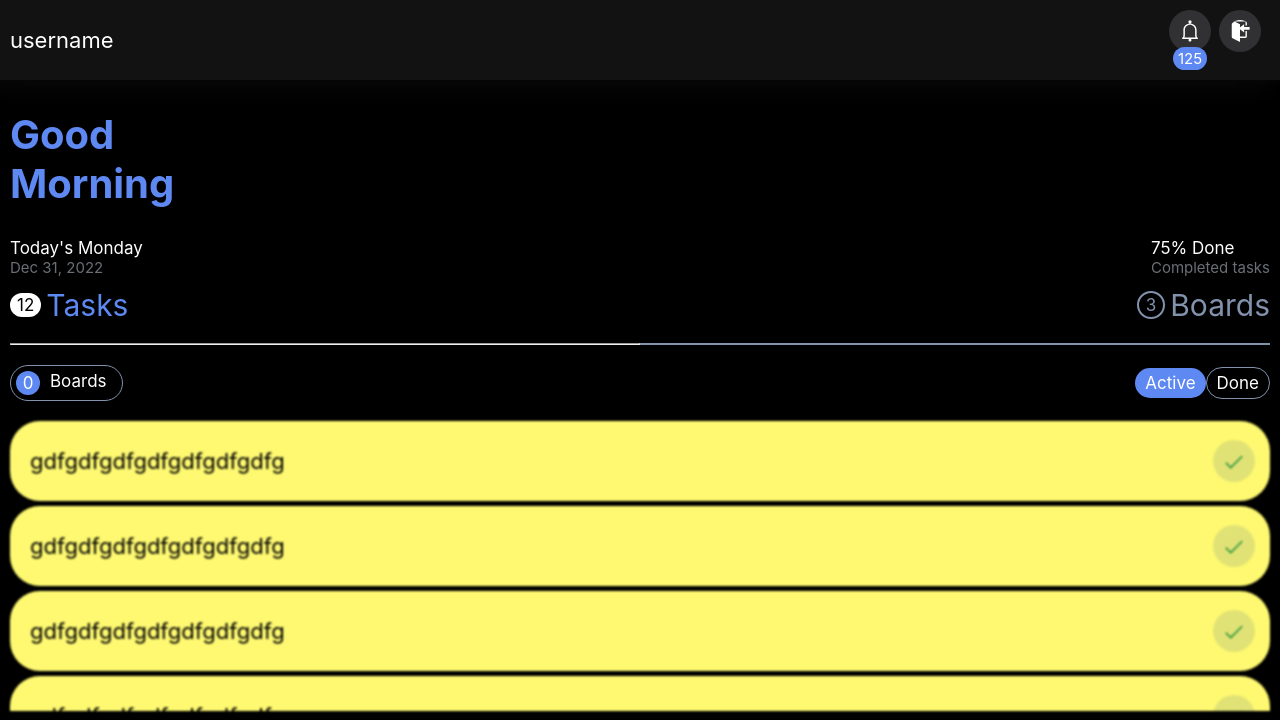
Repository: ShindanoSingi/todo-app
Page: /
An editor plug-in stored every save of this project. The page is shown before and after the next save, followed by the edit.
The browser window is 1280 px wide. The pictures show the whole page.
The project was rebuilt for these pictures with package versions that can differ from the ones it lists, and the page was loaded fresh each time. Also part of the build but not shown: src/pages/LandingPage.js.

Above is the page before, as saved 2023-01-01 19:38:28.

### src/index.css
* {
  font-size: 22px;
  margin: 0;
  padding: 0;
}

body {
  margin: 0;
  padding: 0;
  font-family: -apple-system, BlinkMacSystemFont, 'Segoe UI', 'Roboto', 'Oxygen',
    'Ubuntu', 'Cantarell', 'Fira Sans', 'Droid Sans', 'Helvetica Neue',
    sans-serif;
  -webkit-font-smoothing: antialiased;
  -moz-osx-font-smoothing: grayscale;
}

code {
  font-family: source-code-pro, Menlo, Monaco, Consolas, 'Courier New',
    monospace;
}

.signin-icon-signin-text-container {
  display: flex;
  align-items: center;
  flex-direction: column;
}

.bell-icon-bell-num-container {
  display: flex;
  flex-direction: column;
  align-items: center;
  margin-left: 20px;
}

.signin-text {
  display: none;
}

.bell-num,
.signin-text {
  font-size: 15px;
}

.bell-num {
  text-align: center;
  color: #fff;
  padding: 2px 5px;
  background-color: #5f89f2;
  border-radius: 50px;
  margin-top: -5px;
}

.bell-icon,
.signin-icon {
  color: white;
  padding: 10px;
  border-radius: 50px;
  background-color: #313133;
}

div.signin-icon-signin-text-container:hover p.signin-text {
  display: block;
}

.bell-icon-signin-container {
  display: grid;
  grid-template-columns: 60px 60px;
}

.username,
.signin-text {
  color: #fff;
}

.nav-bar {
  display: flex;
  align-items: center;
  justify-content: space-between;
  padding: 10px;
  background: #121212;
  box-shadow: -11px 11px 22px #070707, 11px -11px 22px #1d1d1d;
}

h1 {
  position: absolute;
  top: 10%;
  z-index: 1;
}

h2 {
  font-size: 40px;
  color: #5f89f2;
}

.salutation-container {
  margin-top: 30px;
  padding-left: 10px;
}

.day,
.percent,
.small-boards,
.done,
.active {
  font-size: 17px;
  color: #ffffff;
}

.date,
.completed {
  font-size: 15px;
  color: #6a6f75;
}

.day-to-percent-container {
  display: flex;
  justify-content: space-between;
  padding: 10px;
  margin-top: 20px;
}

.tasks-num {
  text-align: center;
  font-size: 17px;
  background: #ffff;
  padding: 2px 7px;
  border-radius: 50px;
  height: 20px;
}

.tasks {
  font-size: 30px;
  font-weight: light;
  color: #5f89f2;
}

.boards-num {
  font-size: 17px;
  color: #8292ad;
  border: 2px solid #8292ad;
  padding: 2px 7px;
  border-radius: 50px;
  height: 20px;
}

.big-boards {
  font-size: 30px;
  font-weight: light;
  color: #8292ad;
}

.tasks-num-tasks-container,
.boards-num-boards-container {
  display: flex;
  align-items: center;
  gap: 5px;
}

.line-tasks {
  width: 50%;
}

.line-boards {
  width: 50%;
  border: 1px solid #8292ad;
}

.line-tasks-ine-boards-container {
  display: flex;
  justify-content: space-between;
  /* margin-top: 10px; */
  padding: 0 10px;
}

.tasks-to-boards-container {
  display: flex;
  justify-content: space-between;
  padding: 0 10px;
}

.num-boards {
  font-size: 17px;
  text-align: center;
  color: #fff;
  background: #5f89f2;
  padding: 2px;
  border-radius: 50px;
  height: 20px;
  width: 20px;
}

.small-boards {
  color: #fff;
}

.num-boards-small-boards-container {
  display: flex;
  gap: 10px;
  border: 1px solid #8292ad;
  padding: 5px;
  border-radius: 50px;
  padding-right: 15px;
}

.active {
  text-align: center;
  background: #5f89f2;
  padding: 0px 10px;
  border-radius: 50px;
  padding: 5px 10px;
}

.done {
  display: flex;
  gap: 10px;
  border: 1px solid #8292ad;
  border-radius: 50px;
  padding: 5px 10px;
}

.active-done-container {
  display: flex;
  align-items: center;
}

.num-boards-to-small-boards-container {
  display: flex;
  justify-content: space-between;
  align-items: center;
  padding: 0 10px;
}

.task-title {
  word-wrap: break-word;
  padding: 5px;
  width: 80%;
}

.check-circle-icon {
  color: white;
  padding: 10px;
  border-radius: 50px;
  background: rgba(121, 141, 139, 0.21);
}

.todo-card {
  margin: 0 10px;
  padding: 15px;
  min-height: 50px;
  border-radius: 30px;
  display: flex;
  align-items: center;
  justify-content: space-between;
  z-index: 100;
}

.todos-container {
  display: flex;
  flex-direction: column;
  gap: 5px;
  max-height: 290px;
  overflow-y: scroll;
  top: 0;

  bottom: 0;
  filter: blur(1px);
  z-index: -1;
}

.main {
  display: flex;
  flex-direction: column;
  gap: 20px;
}

/* Credit: Cole McCombs; */
.landing-page-wrapper {
  height: 100%;
  display: flex;
  flex-direction: column;
  align-items: center;
  justify-content: center;
}

/* Credit: Cole McCombs; */
.button {
  min-width: 150px;
  min-height: 40px;
  font-family: 'Nunito', sans-serif;
  font-size: 22px;
  text-transform: uppercase;
  letter-spacing: 1.3px;
  font-weight: 700;
  color: #313133;
  background: #37b7ff;
  background: linear-gradient(
    90deg,
    rgb(59, 123, 190) 0%,
    rgb(29, 181, 228) 100%
  );
  border: none;
  border-radius: 1000px;
  box-shadow: 12px 12px 24px rgba(28, 120, 186, 0.64);
  transition: all 0.3s ease-in-out 0s;
  cursor: pointer;
  outline: none;
  position: absolute;
  top: 85%;
  padding: 10px;
}

/* Credit: Cole McCombs; */
button::before {
  content: '';
  border-radius: 1000px;
  min-width: calc(150px + 12px);
  min-height: calc(40px + 12px);
  border: 6px solid #008cff;
  box-shadow: 0 0 60px rgba(25, 150, 233, 0.64);
  position: absolute;
  top: 50%;
  left: 50%;
  transform: translate(-50%, -50%);
  opacity: 0;
  transition: all 0.3s ease-in-out 0s;
}

/* Credit: Cole McCombs; */
.button:hover,
.button:focus {
  color: #bfbfd4;
  transform: translateY(-6px);
}

/* Credit: Cole McCombs; */
button:hover::before,
button:focus::before {
  opacity: 1;
}

/* Credit: Cole McCombs; */
button::after {
  content: '';
  width: 30px;
  height: 30px;
  border-radius: 100%;
  border: 6px solid #0f8bdd;
  position: absolute;
  z-index: -1;
  top: 50%;
  left: 50%;
  transform: translate(-50%, -50%);
  animation: ring 1.5s infinite;
}

/* Credit: Cole McCombs; */
button:hover::after,
button:focus::after {
  animation: none;
  display: none;
}

/* Credit: Cole McCombs; */
@keyframes ring {
  0% {
    width: 20px;
    height: 20px;
    opacity: 1;
  }
  100% {
    width: 150px;
    height: 150px;
    opacity: 0;
  }
}

.landing-page-image {
  position: fixed;
  width: 100%;
  height: 100%;
}

.landing-page-image {
  -webkit-animation: anim 8s infinite linear;
  animation: anim 8s infinite linear;
}

@-webkit-keyframes anim {
  from {
    -webkit-transform: rotateY(0deg);
  }
  to {
    -webkit-transform: rotateY(90deg);
  }
}

@keyframes anim {
  from {
    transform: rotateY(90deg);
  }
  to {
    transform: rotateY(0deg);
  }
}

.container {
  height: 100%;
  width: 100%;
  position: fixed;
  background-color: #000000;
}

### src/App.js
import Todos from './pages/Todos'

import LandingPage from './pages/LandingPage'

function App() {
  return (
    <div className="">
      {/* <LandingPage /> */}
      <Todos />
    </div>
  )
}

export default App

### src/pages/Todos.js
import React from 'react'
import checkbox from '../assests/check.svg'
import { RxBell } from 'react-icons/rx'
import { GoSignIn } from 'react-icons/go'
import { FcCheckmark } from 'react-icons/fc'

function Todos() {
    let color = "#FEF970"
    return (
        <div className='container'>
            <div className='todos-wrapper'>
                <nav className='nav-bar'>
                    <p className='username'>username</p>
                    <div className='bell-icon-signin-container'>
                        <div className='bell-icon-bell-num-container'>
                            <RxBell className='bell-icon' />
                            <p className='bell-num'>125</p>
                        </div>
                        <div className='signin-icon-signin-text-container'>
                            <GoSignIn className='signin-icon' />
                            <p className='signin-text'>Sign In</p>
                        </div>

                    </div>
                </nav>
                <div className='salutation-container'>
                    <h2 className='good-text'>Good</h2>
                    <h2 className='morning-text'>Morning</h2>
                </div>

                <div className='day-to-percent-container'>
                    <div className='day-date-container'>
                        <p className='day'>Today's Monday</p>
                        <p className='date'>Dec 31, 2022</p>
                    </div>
                    <div className='percent-completed-container'>
                        <p className='percent'>75% Done</p>
                        <p className='completed'>Completed tasks</p>
                    </div>
                </div>
                <main className='main'>
                    <div className='tasks-to-boards-container'>
                        <div className='tasks-num-tasks-container'>
                            <p className='tasks-num'>12</p>
                            <p className='tasks'>Tasks</p>
                        </div>
                        <div className='boards-num-boards-container'>
                            <p className='boards-num'>3</p>
                            <p className='big-boards'>Boards</p>
                        </div>
                    </div>
                    <div className='line-tasks-ine-boards-container'>
                        <hr className='line-tasks' />
                        <hr className='line-boards' />
                    </div>

                    <div className='num-boards-to-small-boards-container'>
                        <div className='num-boards-small-boards-container'>
                            <p className='num-boards'>0</p>
                            <p className='small-boards'>Boards</p>
                        </div>
                        <div className='active-done-container'>
                            <p className='active'>Active</p>
                            <p className='done'>Done</p>
                        </div>
                    </div>
                    <div className='todos-container'>
                        <div className='todo-card' style={{ backgroundColor: color }}>
                            <p className='task-title'>gdfgdfgdfgdfgdfgdfgdfg</p>
                            < FcCheckmark className='check-circle-icon' />
                        </div>
                        <div className='todo-card' style={{ backgroundColor: color }}>
                            <p className='task-title'>gdfgdfgdfgdfgdfgdfgdfg</p>
                            < FcCheckmark className='check-circle-icon' />
                        </div>
                        <div className='todo-card' style={{ backgroundColor: color }}>
                            <p className='task-title'>gdfgdfgdfgdfgdfgdfgdfg</p>
                            < FcCheckmark className='check-circle-icon' />
                        </div>
                        <div className='todo-card' style={{ backgroundColor: color }}>
                            <p className='task-title'>gdfgdfgdfgdfgdfgdfgdfg</p>
                            < FcCheckmark className='check-circle-icon' />
                        </div>
                        <div className='todo-card' style={{ backgroundColor: color }}>
                            <p className='task-title'>gdfgdfgdfgdfgdfgdfgdfg</p>
                            < FcCheckmark className='check-circle-icon' />
                        </div>
                        <div className='todo-card' style={{ backgroundColor: color }}>
                            <p className='task-title'>gdfgdfgdfgdfgdfgdfgdfg</p>
                            < FcCheckmark className='check-circle-icon' />
                        </div>
                        <div className='todo-card' style={{ backgroundColor: color }}>
                            <p className='task-title'>gdfgdfgdfgdfgdfgdfgdfg</p>
                            < FcCheckmark className='check-circle-icon' />
                        </div>
                        <div className='todo-card' style={{ backgroundColor: color }}>
                            <p className='task-title'>gdfgdfgdfgdfgdfgdfgdfg</p>
                            < FcCheckmark className='check-circle-icon' />
                        </div>
                        <div className='todo-card' style={{ backgroundColor: color }}>
                            <p className='task-title'>gdfgdfgdfgdfgdfgdfgdfg</p>
                            < FcCheckmark className='check-circle-icon' />
                        </div>
                        <div className='todo-card' style={{ backgroundColor: color }}>
                            <p className='task-title'>gdfgdfgdfgdfgdfgdfgdfg</p>
                            < FcCheckmark className='check-circle-icon' />
                        </div>
                        <div className='todo-card' style={{ backgroundColor: color }}>
                            <p className='task-title'>gdfgdfgdfgdfgdfgdfgdfg</p>
                            < FcCheckmark className='check-circle-icon' />
                        </div>
                        <div className='todo-card' style={{ backgroundColor: color }}>
                            <p className='task-title'>gdfgdfgdfgdfgdfgdfgdfg</p>
                            < FcCheckmark className='check-circle-icon' />
                        </div>
                        <div className='todo-card' style={{ backgroundColor: color }}>
                            <p className='task-title'>gdfgdfgdfgdfgdfgdfgdfg</p>
                            < FcCheckmark className='check-circle-icon' />
                        </div>
                        <div className='todo-card' style={{ backgroundColor: color }}>
                            <p className='task-title'>gdfgdfgdfgdfgdfgdfgdfg</p>
                            < FcCheckmark className='check-circle-icon' />
                        </div>
                        <div className='todo-card' style={{ backgroundColor: color }}>
                            <p className='task-title'>gdfgdfgdfgdfgdfgdfgdfg</p>
                            < FcCheckmark className='check-circle-icon' />
                        </div>
                        <div className='todo-card' style={{ backgroundColor: color }}>
                            <p className='task-title'>gdfgdfgdfgdfgdfgdfgdfg</p>
                            < FcCheckmark className='check-circle-icon' />
                        </div>
                        <div className='todo-card' style={{ backgroundColor: color }}>
                            <p className='task-title'>gdfgdfgdfgdfgdfgdfgdfg</p>
                            < FcCheckmark className='check-circle-icon' />
                        </div>
                        <div className='todo-card' style={{ backgroundColor: color }}>
                            <p className='task-title'>gdfgdfgdfgdfgdfgdfgdfg</p>
                            < FcCheckmark className='check-circle-icon' />
                        </div>
                        <div className='todo-card' style={{ backgroundColor: color }}>
                            <p className='task-title'>gdfgdfgdfgdfgdfgdfgdfg</p>
                            < FcCheckmark className='check-circle-icon' />
                        </div>
                        <div className='todo-card' style={{ backgroundColor: color }}>
                            <p className='task-title'>gdfgdfgdfgdfgdfgdfgdfg</p>
                            < FcCheckmark className='check-circle-icon' />
                        </div>
                        <div className='todo-card' style={{ backgroundColor: color }}>
                            <p className='task-title'>gdfgdfgdfgdfgdfgdfgdfg</p>
                            < FcCheckmark className='check-circle-icon' />
                        </div>
                        <div className='todo-card' style={{ backgroundColor: color }}>
                            <p className='task-title'>gdfgdfgdfgdfgdfgdfgdfg</p>
                            < FcCheckmark className='check-circle-icon' />
                        </div>

                    </div>

                </main>
            </div>
        </div>
    )
}

export default Todos

Loaded but not shown: public/index.html (common file); src/index.js (common file); src/reportWebVitals.js (common file)

After the next save:
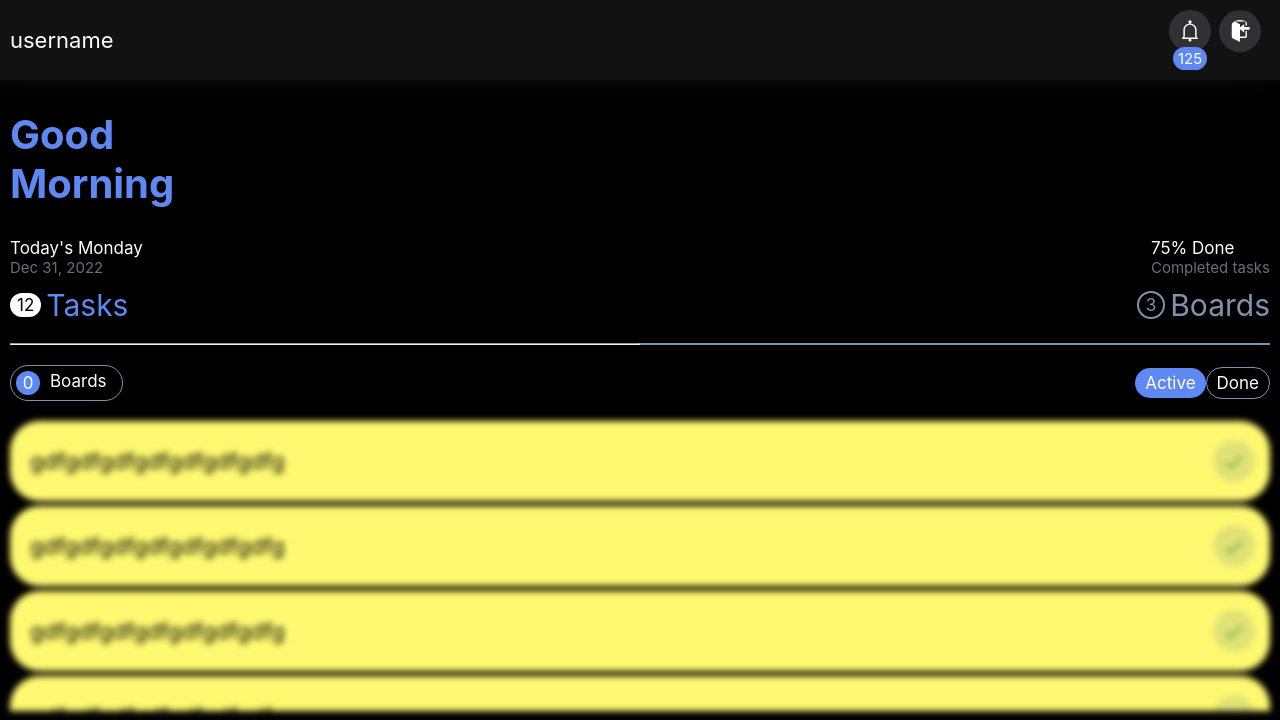
Saved 50 s later.
--- a/src/index.css
+++ b/src/index.css
@@ -262,8 +262,10 @@ h2 {
   overflow-y: scroll;
   top: 0;
 
-  bottom: 0;
-  filter: blur(1px);
+   -webkit-filter: blur(3px);
+  -moz-filter: blur(3px);
+  -o-filter: blur(3px) -ms-filter: blur(3px);
+  filter: blur(3px);
   z-index: -1;
 }
 
